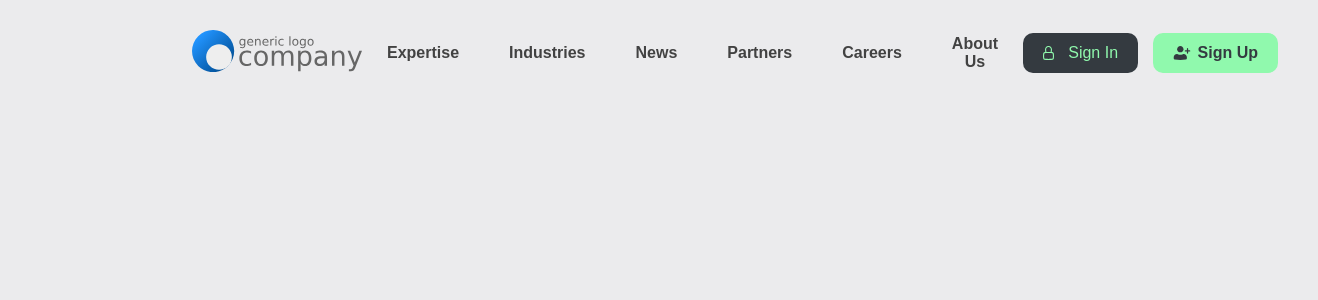
Repository: Andriy-Ma/widgetTask
Page: /
An editor plug-in stored every save of this project. The page is shown before and after the next save, followed by the edit.
The browser window is 1280 px wide. The page is 1280 px wide, then 1318 px, so the pictures cover 1318 px, including what lies to the right of the window. The pictures show the whole page.
Some web fonts or font styles are not loaded; a fallback is used. The project was rebuilt for these pictures with package versions that can differ from the ones it lists, and the page was loaded fresh each time.

Above is the page before, as saved 2022-08-29 17:35:58.

After the next save:
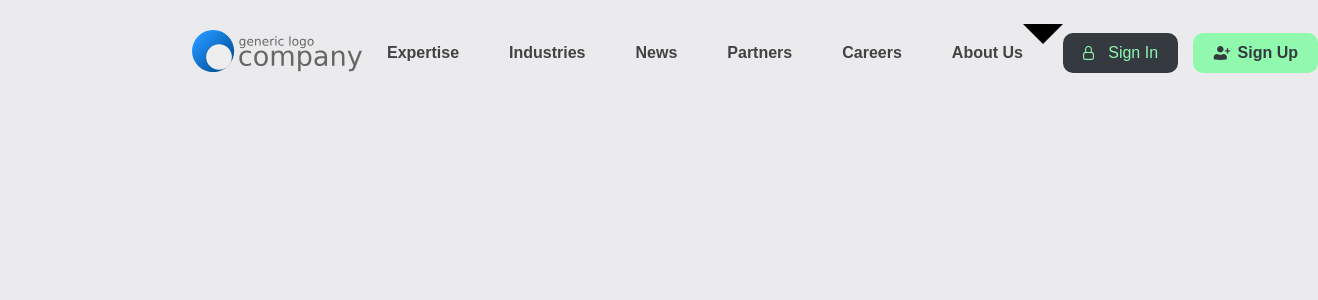
Saved 4 min 33 s later.
--- a/src/components/Header/header.module.css
+++ b/src/components/Header/header.module.css
@@ -24,10 +24,11 @@
     font-size: 16px;
     font-weight: 600;
 }
-.aboutUs{
-    display: flex;
-    justify-content: space-between;
-    align-items: center;
+.aboutUs::after{
+    content: '';
+    border-left: 20px solid transparent;
+    border-right: 20px solid transparent;
+    border-top: 20px solid #000;
 }
 .buttonsHeader {
     display: flex;
